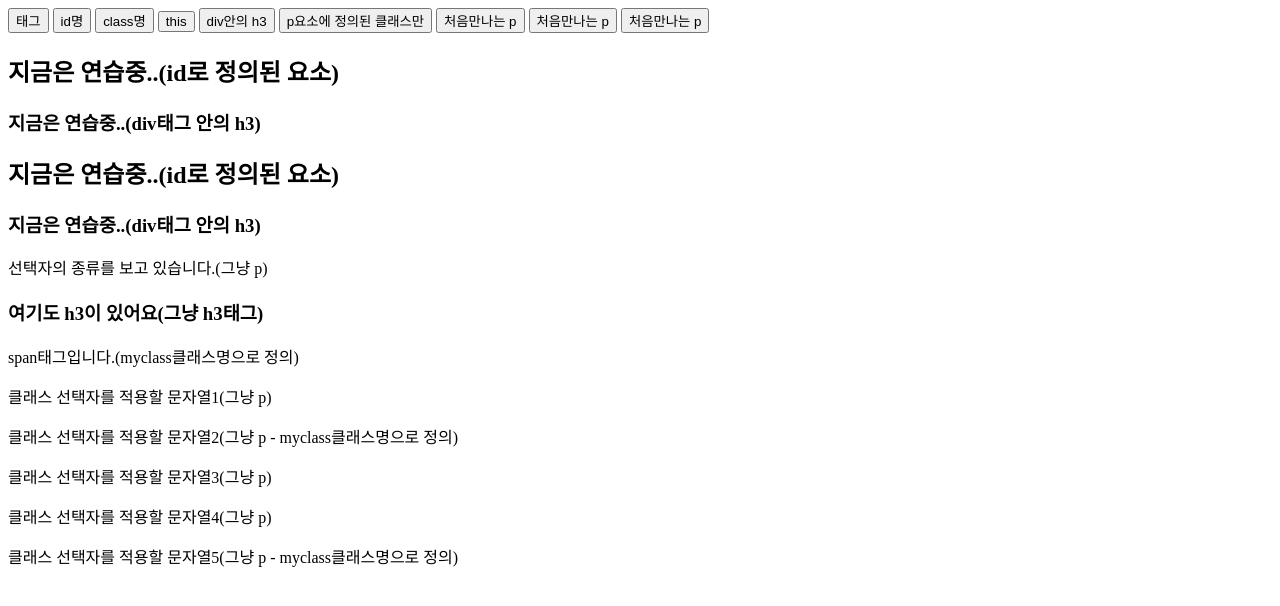
Repository: insunkang/JSP
Page: clientweb/WebContent/jQuery/jquery_selector.html
These files come from the project's save history. The page is drawn as it stood at one moment and after the next save; the edit follows.
The browser window is 1280 px wide. The pictures show the whole page.

Above is the page before, as saved 2020-01-10 07:25:44.
Console error: ReferenceError: $ is not defined

### clientweb/WebContent/jQuery/jquery_selector.html

<!DOCTYPE html>
<html>
<head>
<meta charset="EUC-KR">
<title>Insert title here</title>
</head>
<body>

	<div id="btns">
		<input type="button" value="태그" name="btn" id="tag" />
		<input type="button" value="id명" name="btn" id="id" />
		<input	type="button" value="class명" name="btn" id="class" />
		<input type="button" value="this" name="btn" id="this" />
		<input type="button" value="div안의 h3" name="btn" id="myh3" />
		<input type="button" value="p요소에 정의된 클래스만" name="btn" id="pclass" />
		<input	type="button" value="처음만나는 p" name="btn" id="firstP" />
		<input	type="button" value="처음만나는 p" name="btn" id="firstP" />
		<input	type="button" value="처음만나는 p" name="btn" id="firstP" />
	</div>
	<div>
		<h2 id="myid">지금은 연습중..(id로 정의된 요소)</h2>
		<h3>지금은 연습중..(div태그 안의 h3)</h3>
	</div>
	<div>
		<h2 id="myid">지금은 연습중..(id로 정의된 요소)</h2>
		<h3>지금은 연습중..(div태그 안의 h3)</h3>
	</div>
	<p>선택자의 종류를 보고 있습니다.(그냥 p)</p>
	<h3>여기도 h3이 있어요(그냥 h3태그)</h3>
	<span class="myclass">span태그입니다.(myclass클래스명으로 정의)</span>

	<p>클래스 선택자를 적용할 문자열1(그냥 p)</p>
	<p class="myclass">클래스 선택자를 적용할 문자열2(그냥 p - myclass클래스명으로 정의)</p>
	<p>클래스 선택자를 적용할 문자열3(그냥 p)</p>
	<p>클래스 선택자를 적용할 문자열4(그냥 p)</p>
	<p class="myclass">클래스 선택자를 적용할 문자열5(그냥 p - myclass클래스명으로 정의)</p>

	<script type="text/javascript">
		//jQuery의 선택자 연습
		$(document).ready(function() {
			$("*").css("color", "blue");
		})

	</script>
</body>
</html>

After the next save:
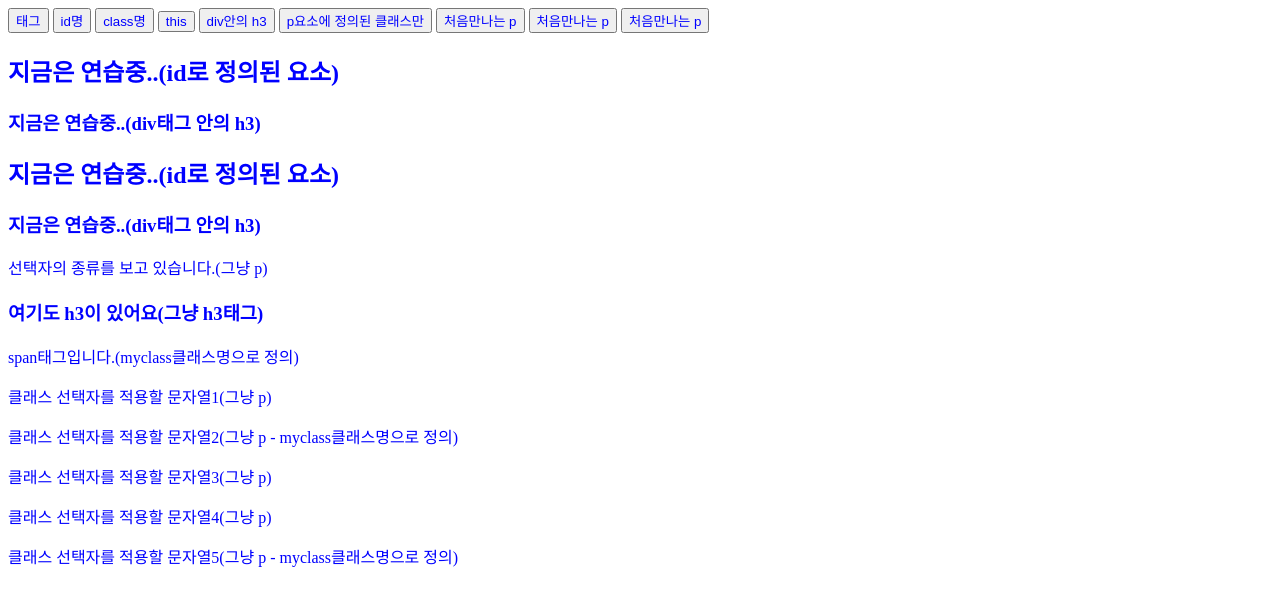
The error is gone.
Saved 101 s later.
--- a/clientweb/WebContent/jQuery/jquery_selector.html
+++ b/clientweb/WebContent/jQuery/jquery_selector.html
@@ -2,8 +2,9 @@
 <!DOCTYPE html>
 <html>
 <head>
-<meta charset="EUC-KR">
-<title>Insert title here</title>
+	<meta charset="EUC-KR">
+	<title>Insert title here</title>
+	<script src="https://ajax.googleapis.com/ajax/libs/jquery/3.4.1/jquery.min.js"></script>
 </head>
 <body>
 
